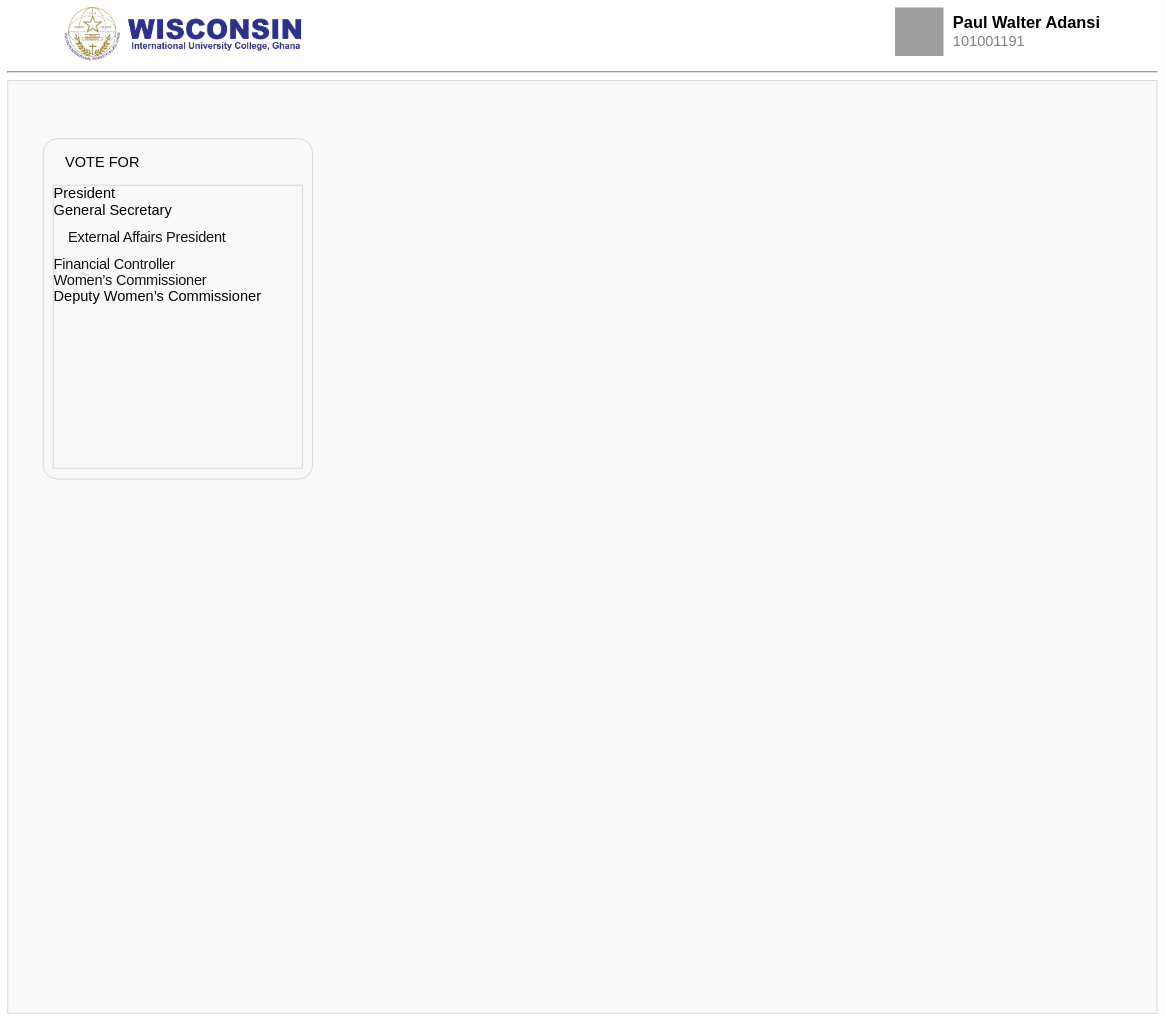
Repository: exe-walt/Voting-System-Project
Page: new.html
These files come from the project's save history. The page is drawn as it stood at one moment and after the next save; the edit follows.
The browser window is 1280 px wide. The pictures show the whole page, at 91% of full size.
Pictures or frames that could not be fetched are drawn as grey boxes.

Above is the page before, as saved 2025-04-01 14:55:20.

### new.html
<!DOCTYPE html>
<html lang="en">
<head>
  <meta charset="UTF-8">
  <meta name="viewport" content="width=device-width, initial-scale=1.0">
  <title>Document</title>
  <link rel="stylesheet" href="new.css">
</head>
<body>

  <!-- Navbar-->
  <div class="nav-bar">
          <div class="logomain">
            <img class="logo" src="img/wiuclogofull.png" alt="WIUC Logo"/>
          </div>

          <div class="profile">
            <img class="img" src="img/walt.png" alt="student profile">
              <div class="student-details">
                <div class="student-name">Paul Walter Adansi</div>
                <div class="student-id">101001191</div>
              </div>
          </div>
    </div>
    <hr class="line"/>
    <!-- End of Navbar -->

    <div class="content">
      <div class="content-container">
        <div class="left-container">
          <div class="vote-txt">
            <p>VOTE FOR</p>
          </div>
          <div class="roles-container">
            <!-- President -->
            <div class="div-president">
              <div class="president">President</div>
            </div>

            <!-- General Secretary -->
            <div class="div-genSec">
              <div class="gen-secretary">General Secretary</div>
            </div>

            <!-- External Affairs President -->
            <div class="div-externalaffairs">
              <div class="ext-affairs">External Affairs President</div>
            </div>

            <!-- Financial Controller -->
            <div class="div-fincont">
              <div class="main-financial">Financial Controller</div>
            </div>

            <!-- Main Women's Commissioner -->
            <div class="div-wcom">
              <div class="main-wcom">Women’s Commissioner</div>
            </div>

            <!-- Deputy Women's Commissioner -->
            <div class="div-deptwcom">
              <div class="dept-wcom">Deputy Women’s Commissioner</div>
            </div>
          </div>
        </div>
      </div>
    </div>

</body>
</html>

### new.css
*{
  font-family: 'Tenorite', sans-serif;
}

.nav-bar {
  display: flex;
  margin-left: 5%;
  margin-right: 5%;
  justify-content: space-between;
}

.nav-bar .logo {
  width: 262px;
  height: 58px;
}

.nav-bar img {
  width: 54px;
  height: 54px;
}

.profile{
  display: flex;
}

.profile img{
  width: 54px;
  height: 54px;
}

.profile .student-details{
  display: flex;
  flex-direction: column;
  margin-top: 7px;
  margin-left: 10px;
}

.profile .student-details .student-name{
  font-size: 18px;
  font-weight: 750;
  color: #000000;
}

.profile .student-details .student-id{
  font-size: 16px;
  font-weight: 400;
  color: #808080;
}

hr{
  border-color: #d7d7d7;
  border-width: 1px;
}

.content{
  background-color: #f9f9f9;
  display: flex;
  flex-direction: row;
  justify-content: center;
  width: 100%;
}

.content-container{
  background-color: #f9f9f9;
  width: 1440px;
  height: 1024px;
  border: 1px solid #d7d7d7;
}

.left-container{
  border: 1px solid #d7d7d7;
  width: 295px;
  height: 373px;
  margin-left: 3%;
  margin-top: 5%;
  border-radius: 16px;
}

.left-container .vote-txt{
  margin-left: 8%;
  margin-top: 4%;
}

.left-container p{
  font-size: 16px;
  font-weight: 400;
  color: #000000;
}

.roles-container{
  justify-content: center;
  border: 1px solid #d7d7d7;
  margin: 10px;
  height: 310px;
}

.exploration .div-president {
  display: flex;
  align-items: center;
  gap: 10px;
  padding: 13px 16px;
  position: relative;
  align-self: stretch;
  width: 100%;
  flex: 0 0 auto;
}

.exploration .president {
  position: relative;
  width: fit-content;
  margin-top: -0.90px;
  font-weight: 500;
  color: #131316;
  font-size: 18px;
  letter-spacing: -0.27px;
  line-height: 18px;
  white-space: nowrap;
}

.exploration .div-genSec {
  display: flex;
  align-items: center;
  gap: 10px;
  padding: 13px 16px;
  position: relative;
  align-self: stretch;
  width: 100%;
  flex: 0 0 auto;
}

.exploration .gen-secretary {
  position: relative;
  width: fit-content;
  margin-top: -1.00px;
  font-weight: 500;
  color: #131316;
  font-size: 16px;
  letter-spacing: -0.24px;
  line-height: 18px;
  white-space: nowrap;
}

/* External Affairs */
.div-externalaffairs{
  display: flex;
  align-items: center;
  gap: 10px;
  padding: 13px 16px;
  position: relative;
  align-self: stretch;
  width: 100%;
  flex: 0 0 auto;
}

.ext-affairs{
  position: relative;
  width: fit-content;
  margin-top: -1.00px;
  font-weight: 500;
  color: #131316;
  font-size: 16px;
  letter-spacing: -0.24px;
  line-height: 18px;
  white-space: nowrap;
}

/* Financial Controller */
.exploration .div-fincont {
  display: flex;
  align-items: center;
  gap: 10px;
  padding: 13px 16px;
  position: relative;
  align-self: stretch;
  width: 100%;
  flex: 0 0 auto;
}

.main-financial{
  position: relative;
  width: fit-content;
  margin-top: -1.00px;
  font-weight: 500;
  color: #131316;
  font-size: 16px;
  letter-spacing: -0.24px;
  line-height: 18px;
  white-space: nowrap;
}

/* Women's Commissioner */
.exploration .div-wcom {
  display: flex;
  align-items: center;
  gap: 10px;
  padding: 13px 16px;
  position: relative;
  align-self: stretch;
  width: 100%;
  flex: 0 0 auto;
}

.main-wcom{
  position: relative;
  width: fit-content;
  margin-top: -1.00px;
  font-weight: 500;
  color: #131316;
  font-size: 16px;
  letter-spacing: -0.24px;
  line-height: 18px;
  white-space: nowrap;
}

/* Deputy Women's Commissioner */
.exploration .div-deptwcom {
  display: flex;
  align-items: center;
  gap: 10px;
  padding: 13px 16px;
  position: relative;
  align-self: stretch;
  width: 100%;
  flex: 0 0 auto;
}

.exploration .dept-wcom {
  position: relative;
  width: fit-content;
  margin-top: -1.00px;
  margin-right: -6.00px;
  font-weight: 500;
  color: #131316;
  font-size: 16px;
  letter-spacing: -0.24px;
  line-height: 18px;
  white-space: nowrap;
}

.exploration .frame-3 div:hover {
  background-color: #0A1F78;
  color: #ffffff;
  border-radius: 12px;
  transition: background-color 0.3s ease, color 0.3s ease; /* Smooth transition */
}

After the next save:
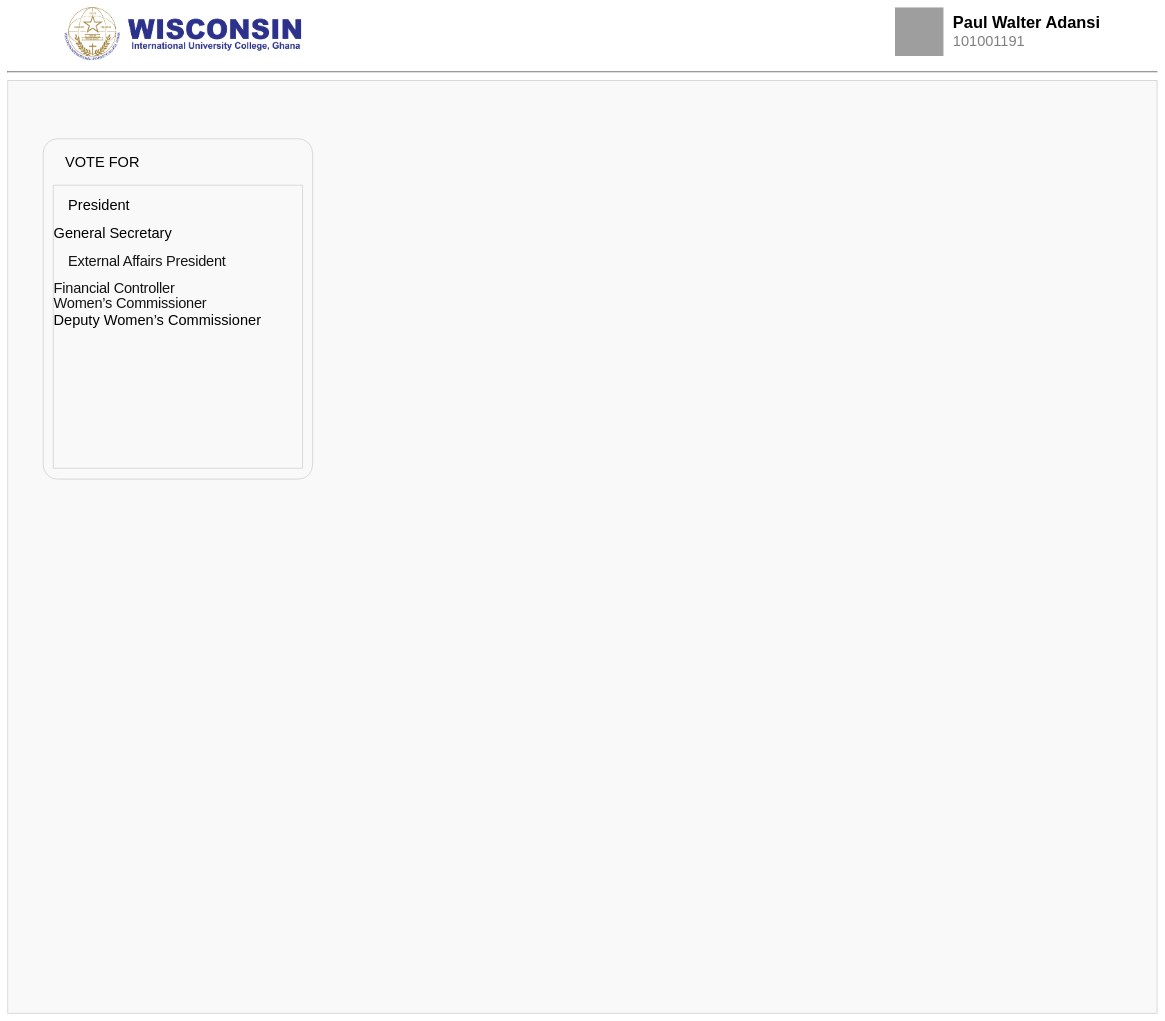
Saved 20 s later.
--- a/new.css
+++ b/new.css
@@ -94,7 +94,7 @@
   height: 310px;
 }
 
-.exploration .div-president {
+.div-president {
   display: flex;
   align-items: center;
   gap: 10px;
